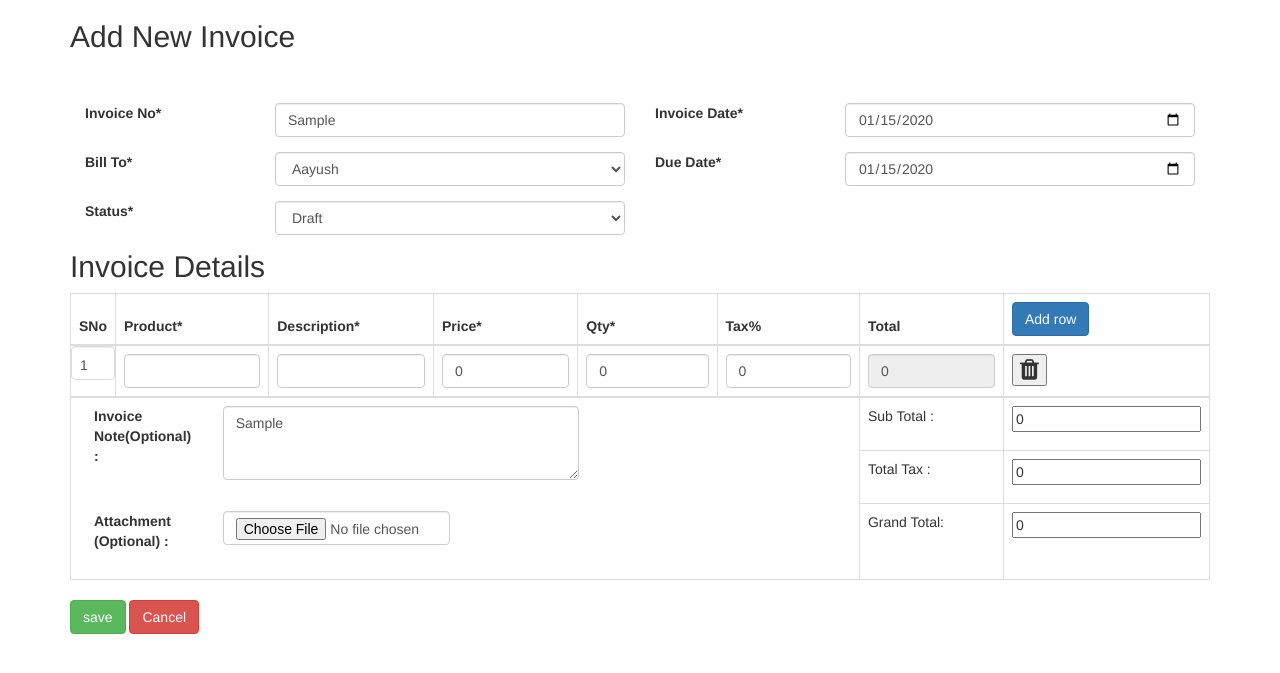
Repository: Aayush13013/Invoice_Management_app
Page: http://localhost/invoiceInfo/WEB-INF/jsp/new_invoiceInfo.jsp
These files come from the project's save history. The page is drawn as it stood at one moment and after a run of saves; the edit follows.
The browser window is 1280 px wide. The pictures show the whole page.
Empty fields were first filled with sample values (such as "Sample", 5 or name@example.com).
After loading, the first visible `input.btn` was clicked once.
The page is served by Tomcat 9. Nobody is signed in. Other server files are loaded and not shown. The template is opened directly, without the code that normally fills it, so the values that code supplies are empty.

Above is the page before, as saved 2021-12-28 15:27:10.

### invoiceInfo/invoiceInfo/src/main/webapp/WEB-INF/jsp/new_invoiceInfo.jsp
<%@ page language="java" contentType="text/html; charset=ISO-8859-1"
	pageEncoding="ISO-8859-1"%>
<%@ taglib prefix="form" uri="http://www.springframework.org/tags/form"%>
<%@ taglib prefix="c" uri="http://java.sun.com/jsp/jstl/core"%>


<!DOCTYPE html>
<html>

<head>
<meta charset="ISO-8859-1">
<title>Add New Invoice</title>

<link rel="stylesheet"
	href="https://maxcdn.bootstrapcdn.com/bootstrap/3.4.1/css/bootstrap.min.css">
<link rel="stylesheet"
	href="https://cdnjs.cloudflare.com/ajax/libs/font-awesome/4.7.0/css/font-awesome.min.css">




</head>

<body>

	<div class="container">

		<h2>Add New Invoice</h2>
		<br>



		<form:form action="/saveInvoice" modelAttribute="invoiceInfo"
			method="POST">
			<form:hidden path="id" placeholder="id" class="form-control " />
			<div class="form-row">
				<div class="form-group col-md-2">
					<label>Invoice No*</label>
				</div>
				<div class="form-group col-md-4">
					<form:input type="text" path="invoiceNo" placeholder="invoiceNo"
						required="required" class="form-control" />
				</div>
				<div class="form-group col-md-2">
					<label>Invoice Date*</label>

				</div>
				<div class="form-group col-md-4">
					<form:input type="date" path="invoiceDate"
						placeholder="invoiceDate" class="form-control" id="invoice_date" />
				</div>
			</div>
			<div class="form-row">
				<div class="form-group col-md-2">
					<label>Bill To*</label>

				</div>
				<div class="form-group col-md-4">
					<form:select path="billTo" class="form-control" required="required">
						<optgroup label="Select_Customer">
							<form:option value="Aayush"></form:option>
							<form:option value="Shridhar"></form:option>
							<form:option value="Suneel"></form:option>
							<form:option value="Lekhana"></form:option>
						</optgroup>
					</form:select>
				</div>
				<div class="form-group col-md-2">
					<label>Due Date*</label>

				</div>

				<div class="form-group col-md-4">
					<form:input type="date" path="dueDate" placeholder="dueDate"
						id="due_date" class="form-control " />
				</div>
			</div>
			<div class="form-row">
				<div class="form-group col-md-2">
					<label>Status*</label>

				</div>
				<div class="form-group col-md-4">
					<form:select path="status" class="form-control">
						<optgroup label="Select_Status">
							<form:option value="Draft"></form:option>
							<form:option value="Sent"></form:option>
							<form:option value="Paid"></form:option>
						</optgroup>
					</form:select>
				</div>
				<div class="form-group col-md-2">
					<label hidden>** :</label>
				</div>
				<div class="form-group col-md-4">
					<input type="text" class="form-control" style="visibility: hidden;">
				</div>
			</div>


			<div class="form-row">
				<h2>Invoice Details</h2>

				<table class="table table-bordered">
					<thead>
						<tr>
							<th>SNo</th>
							<th>Product*</th>
							<th>Description*</th>
							<th>Price*</th>
							<th>Qty*</th>
							<th>Tax%</th>
							<th>Total</th>
							<th><input type="button" value="Add row"
								class="btn btn-primary" onclick="addRows('myTable')" /></th>
						</tr>

					</thead>
					<tbody id="myTable">

					</tbody>
					<tr>
						<td colspan="6" rowspan="2">
							<div class="form-group  col-md-2">
								<label>Invoice Note(Optional) :</label>
							</div>
							<div class="form-group   col-md-6">
								<textarea class="form-control rounded-0" name="invoiceNote"
									id="invoiceNote" rows="3" maxlength="1000"
									placeholder="Invoice Note"></textarea>
							</div>
						</td>
						<td>Sub Total :</td>
						<td><input type="number" path="subTotal" name="subTotal"
							id="subTotal" readonly /></td>
					</tr>
					<tr>
						<td>Total Tax :</td>
						<td><input type="number" path="totalTax" name="totalTax"
							id="totalTax" readonly /></td>
					</tr>
					<tr>
						<td colspan="6" style="border-top: hidden">
							<div class="form-group  col-md-2">
								<label>Attachment (Optional) :</label>
							</div>
							<div class="form-group col-md-4">
								<input type="file" name="file" path="file"
									placeholder="Attachment" id="file" class="form-control">
							</div>
						</td>
						<td>Grand Total:</td>
						<td><input type="number" path="grandTotal" name="grandTotal"
							id="grandTotal"  readonly /></td>
					</tr>

				</table>
			</div>

			<input type="submit" value="save" class="btn btn-success"  onclick="return compareDates()"/>
			<button type="clear" class="btn btn-danger">Cancel</button>
		</form:form>
	</div>
	<script>

	function compareDates() {
		var inv_date = new Date(document.getElementById("invoice_date").value);
		var due_date = new Date(document.getElementById("due_date").value);

		var invoiceDate = new Date(inv_date);
		var dueDate = new Date(due_date);

		if (invoiceDate > dueDate) {
		alert("Due Date should be greater than Invoice Date");
		return false;
		}

	}
	 function addRows() {
         var table = document.getElementById("myTable");

         var counts = (table.rows.length) ;
         var temp=counts+1;

         var row = table.insertRow(counts).outerHTML = "<tr id='row" + counts + "'> " +

             "<td class='form-control serial'></td> " +
             "<td  ><input type='text' name='listOfProducts[" + counts + "].productName' class='form-control' ></td> " +
             "<td  ><input type='text' name='listOfProducts[" + counts + "].description' class='form-control' ></td> " +
             "<td  ><input type='text' name='listOfProducts[" + counts + "].price' value=0 class='form-control price' ></td> " +
             "<td  ><input type='number' name='listOfProducts[" + counts + "].qty' value=0 class='form-control qty' ></td> " +
             "<td  ><input type='text' name='listOfProducts[" + counts + "].taxPercent' value=0 class='form-control tax' ></td> " +
             "<td  ><input type='number' name='listOfProducts[" + counts + "].total' value=0 class='form-control total' readonly/></td> " +

             "<td><button onclick=deleteRow(this)><i class='fa fa-trash' style='font-size:24px' ></i></button></td> " +
             "</tr>";
             serialize();
             calculation();

     }

	 function deleteRow(e){
		 e.parentNode.parentNode.parentNode.removeChild(e.parentNode.parentNode);
		 serialize();
		 calculation();
	 }

	 function serialize(){
		 const list = document.querySelectorAll(".serial");
		 list.forEach((ele,idx)=>{
			 ele.innerHTML=idx+1;
		 })
	 }

	 function calculation(){
		 var price = document.querySelectorAll(".price");
		 var qty = document.querySelectorAll(".qty")
		 var tax = document.querySelectorAll(".tax")
		 var total = document.querySelectorAll(".total")
		 var calcTax = [];
		 var tot=[];

		 var totalTax = document.getElementById("totalTax");
		 var subTotal = document.getElementById("subTotal");
		 var grandTotal = document.getElementById("grandTotal");

		 var tot_tax=0;
		 var sub_total=0;

		 console.log(total,tax,qty);

		 for(let i=0;i<price.length;i++){

			 calcTax[i]=parseFloat(price[i].value)*parseInt(qty[i].value)*parseFloat(tax[i].value)/100;
			 tot[i]= parseFloat(price[i].value)*parseInt(qty[i].value);
			 total[i].value=tot[i];
		 }


		 console.log(calcTax,tot_tax,tot,sub_total);
		 tot_tax=calcTax.reduce((a,c)=> {return a+c},0);
		 totalTax.value=parseFloat(tot_tax);

		 sub_total =tot.reduce((a,c)=> {return a+c},0);
		 subTotal.value=parseFloat(sub_total);


		 grandTotal.value= tot_tax+sub_total;


	 }

	</script>
</body>

</html>

After the next 2 saves:
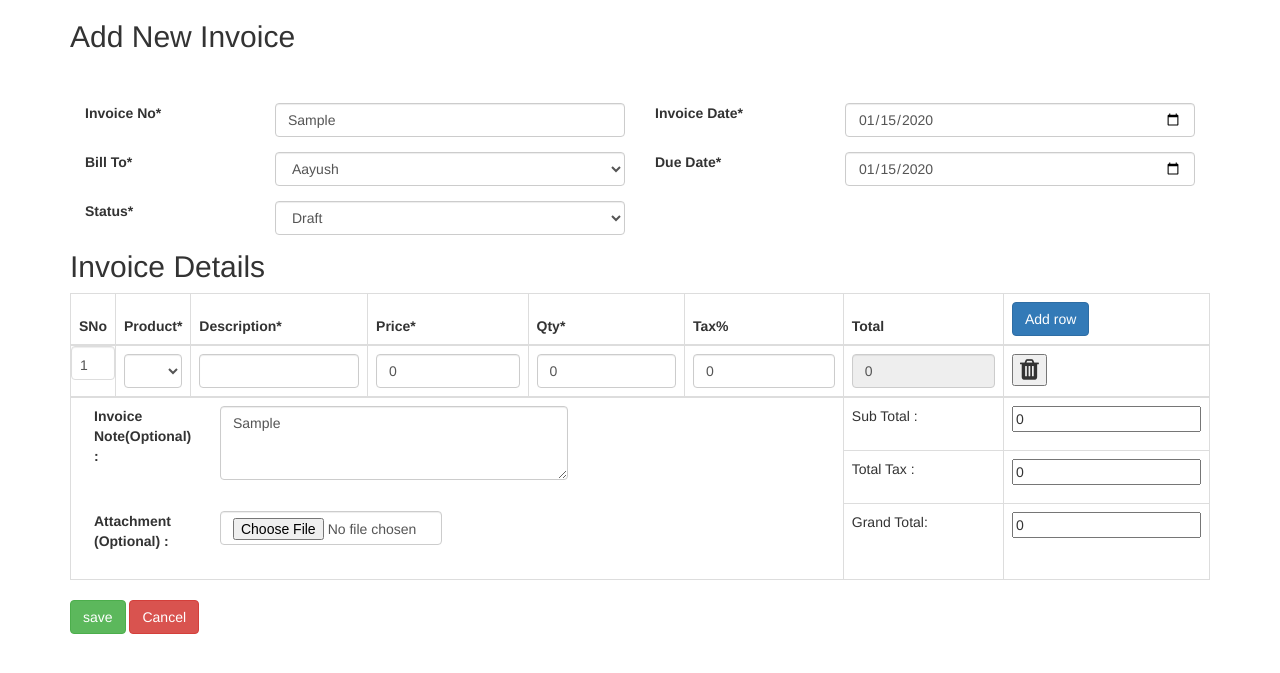
The 2 saves are shown as one change because they came seconds apart.
The last was saved 101 min 6 s later.
--- a/invoiceInfo/invoiceInfo/src/main/webapp/WEB-INF/jsp/new_invoiceInfo.jsp
+++ b/invoiceInfo/invoiceInfo/src/main/webapp/WEB-INF/jsp/new_invoiceInfo.jsp
@@ -185,7 +185,7 @@
          var row = table.insertRow(counts).outerHTML = "<tr id='row" + counts + "'> " +
 
              "<td class='form-control serial'></td> " +
-             "<td  ><input type='text' name='listOfProducts[" + counts + "].productName' class='form-control' ></td> " +
+             "<td  ><select type='text' name='listOfProducts[" + counts + "].productName' class='form-control' ></td> " +
              "<td  ><input type='text' name='listOfProducts[" + counts + "].description' class='form-control' ></td> " +
              "<td  ><input type='text' name='listOfProducts[" + counts + "].price' value=0 class='form-control price' ></td> " +
              "<td  ><input type='number' name='listOfProducts[" + counts + "].qty' value=0 class='form-control qty' ></td> " +
